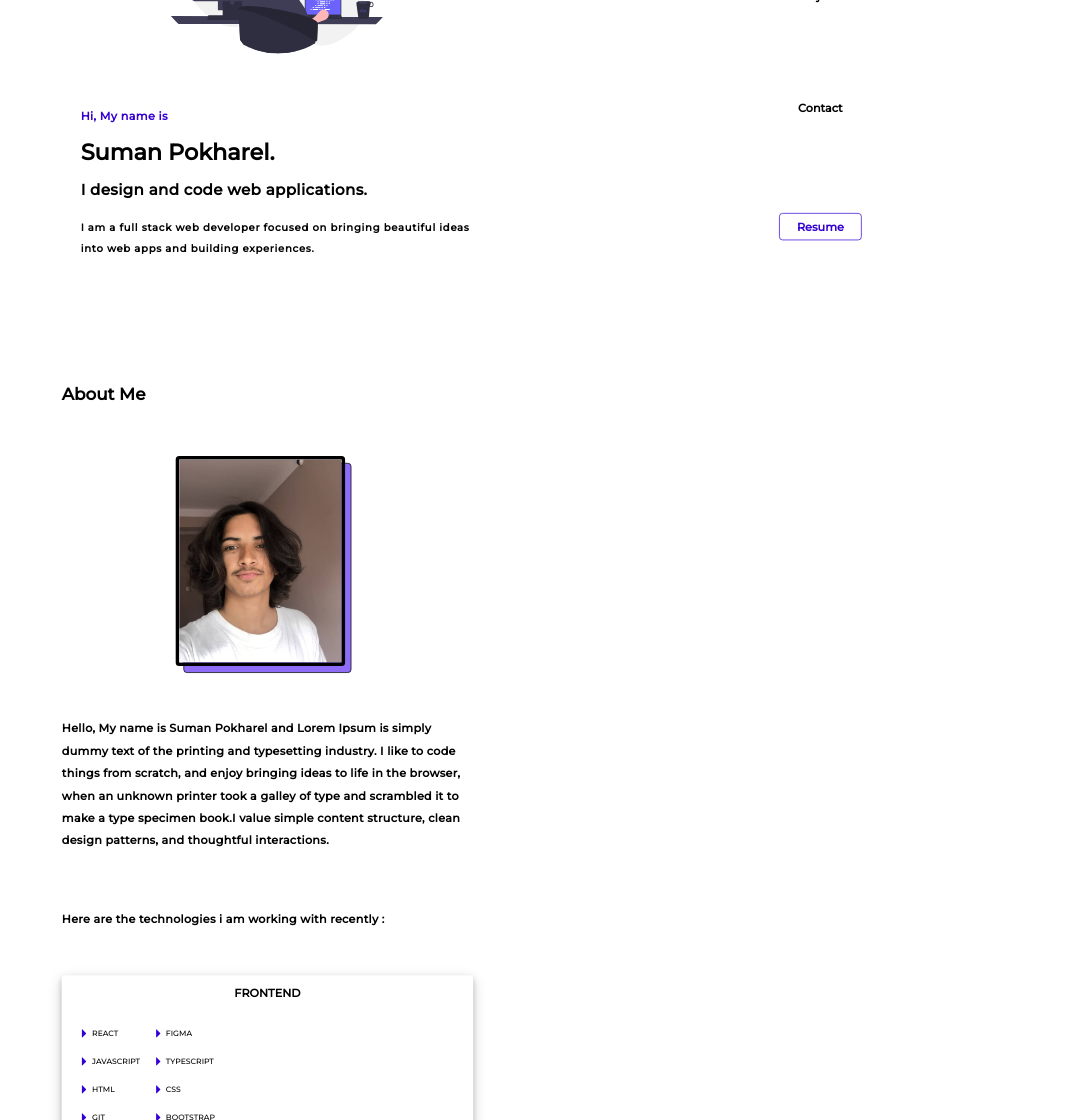
Repository: iamsumanp/portfolio
Page: /
The author's editor kept a copy of each file at every save. The page is drawn from the files as they stood at one save, then again after the next save.
The browser window is 768 px wide. The page is 1536 px wide, so the pictures cover 1536 px, including what lies to the right of the window. The pictures show the part of the page from y = 396 to 1996 px (the page is 5929 px tall), at 70% of full size.
The project was rebuilt for these pictures with package versions that can differ from the ones it lists, and the page was loaded fresh each time.

Above is the page before, as saved 2022-07-09 21:57:58.

After the next save:
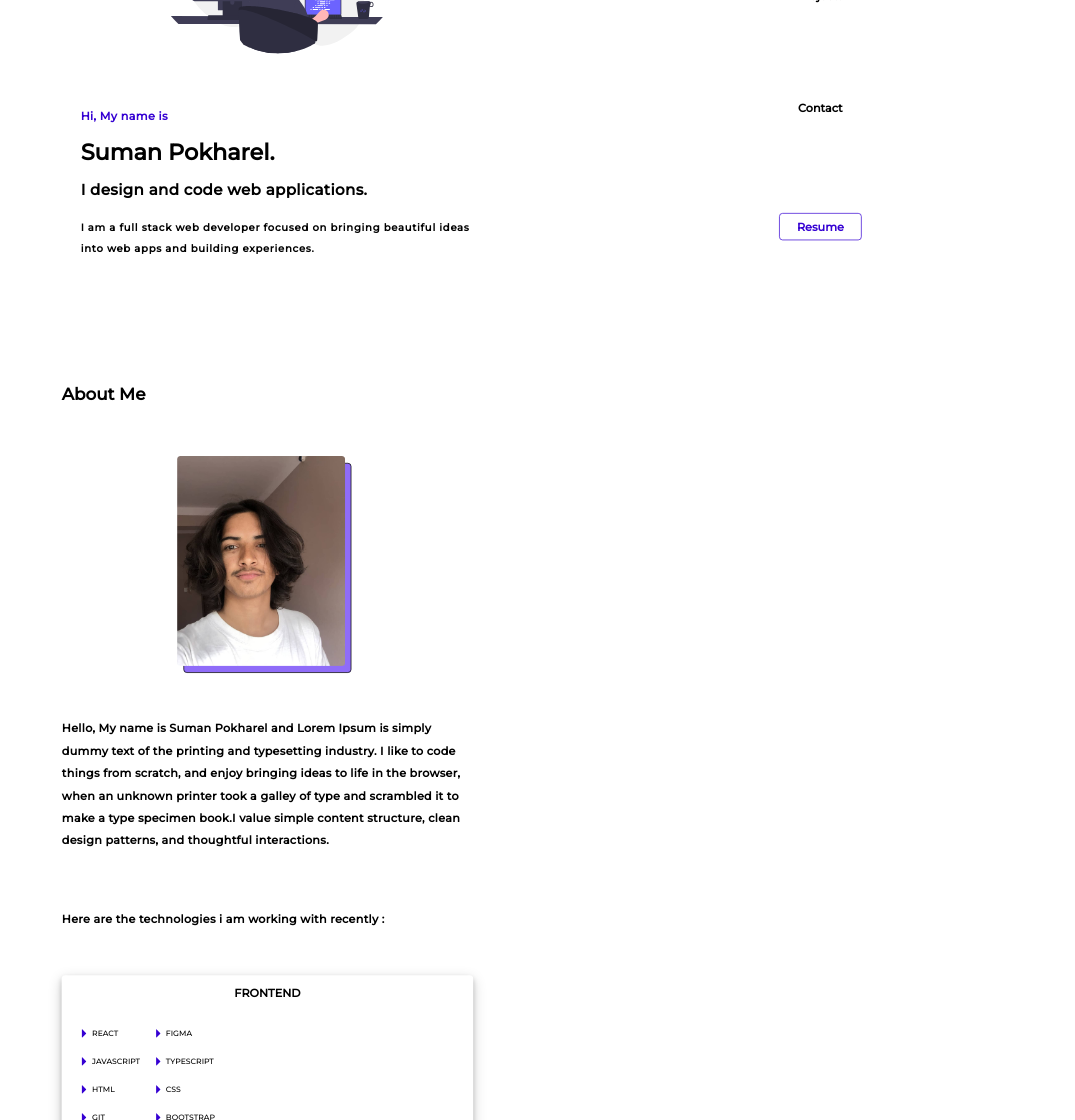
Saved 6 s later.
--- a/src/styles/styles.css
+++ b/src/styles/styles.css
@@ -242,7 +242,6 @@ body {
   right: 8px;
   top: -11px;
   border-radius: 5px;
-  border: solid 5px black;
 }
 @media (max-width: 800px) {
   .aboutMeSection .imgContainer .imgProfile {
@@ -602,4 +601,4 @@ body {
   .spSpan {
     text-align: center;
   }
-}/*# sourceMappingURL=styles_20220709215758.css.map */
+}/*# sourceMappingURL=styles_20220709215804.css.map */
